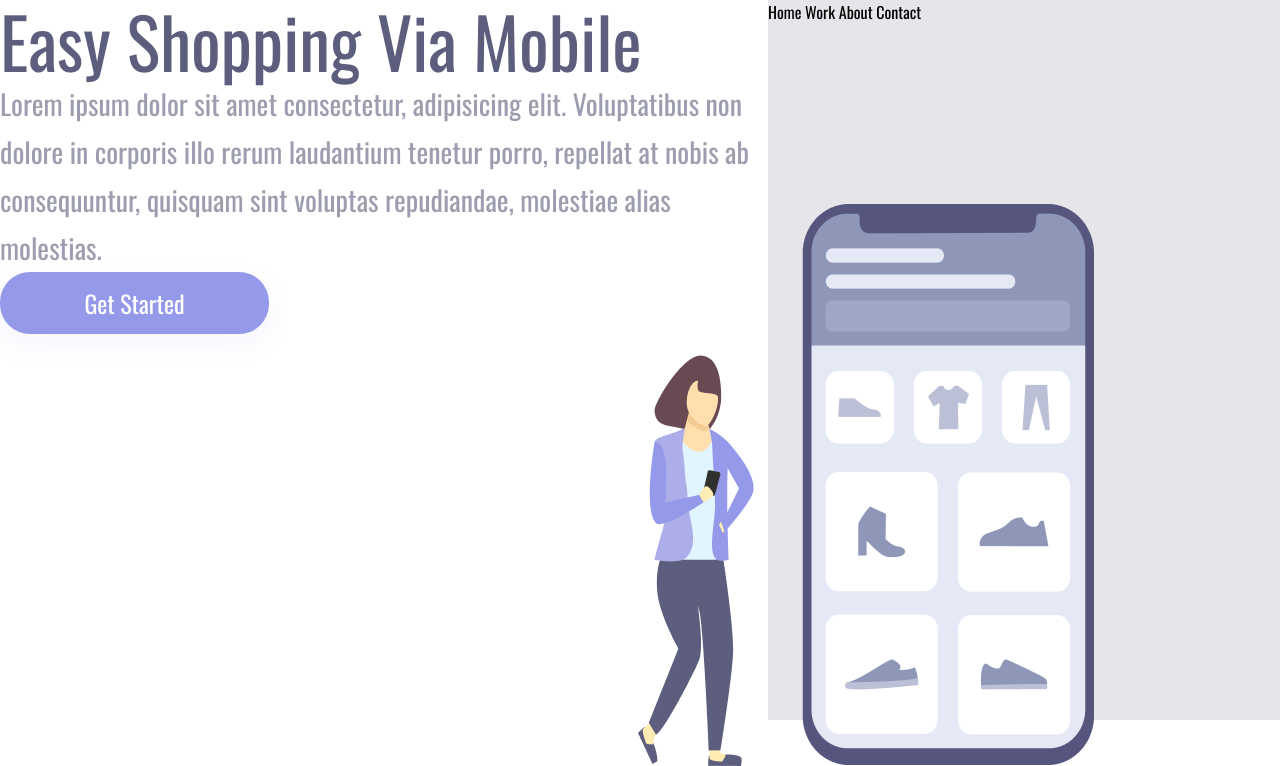
Repository: DihOliver/Projeto-Responsivo
Page: index.html
An editor plug-in stored every save of this project. The page is shown before and after the next save, followed by the edit.
The browser window is 1280 px wide. The pictures show the whole page.
The pointer rests on the first visible `button`.
Some web fonts or font styles are not loaded; a fallback is used.

Above is the page before, as saved 2023-06-06 22:30:57.

After the next save:
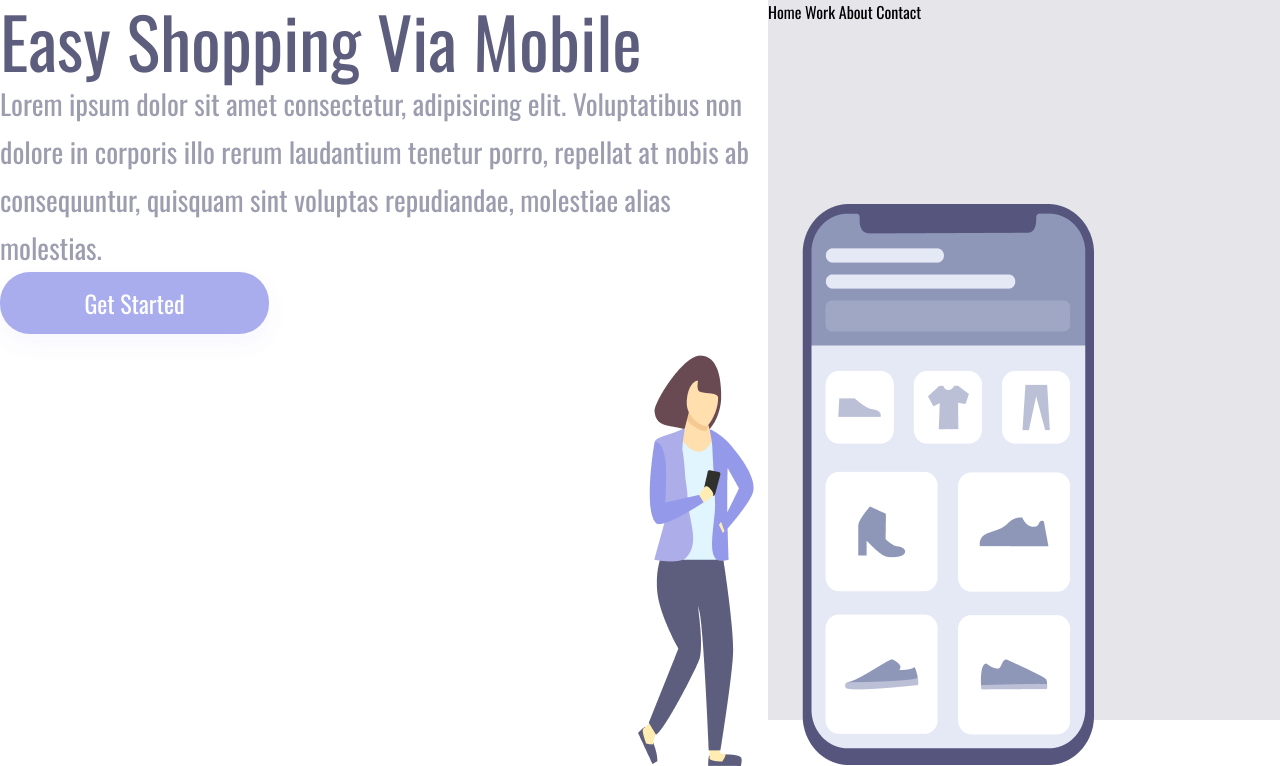
Saved 37 s later.
--- a/styles.css
+++ b/styles.css
@@ -58,6 +58,8 @@ button {
     border: none;
     border-radius: 30px;
     cursor: pointer;
+    }
 
-
+    button:hover {
+        opacity: .8;
     }
